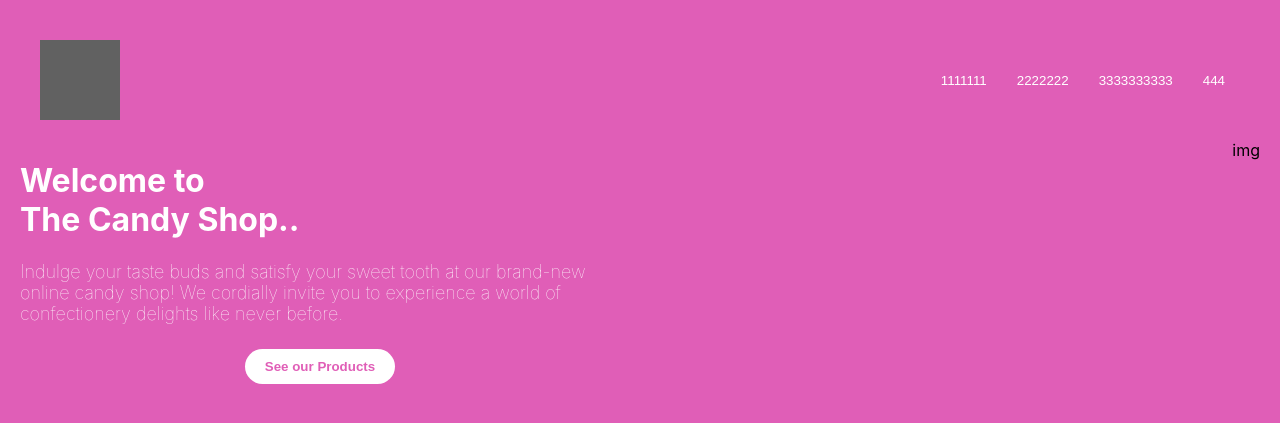
Repository: nika-otter/CandyShop
Page: /
These files come from the project's save history. The page is drawn as it stood at one moment and after the next save; the edit follows.
The browser window is 1280 px wide. The pictures show the whole page.
Pictures or frames that could not be fetched are drawn as grey boxes. An inner scrolling area shows only its first screen. The project was rebuilt for these pictures with package versions that can differ from the ones it lists, and the page was loaded fresh each time.

Above is the page before, as saved 2023-06-11 09:59:08.

After the next save:
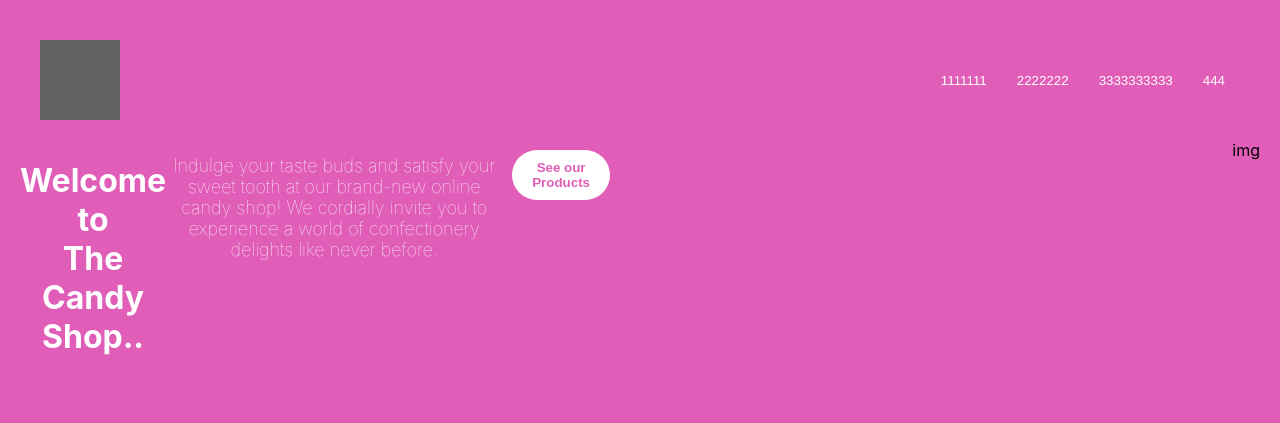
Saved 47 s later.
--- a/src/components/Cupcake.module.scss
+++ b/src/components/Cupcake.module.scss
@@ -4,7 +4,6 @@
   scroll-snap-align: center;
   max-width: 1400px;
   padding: 20px;
-  align-items: start;
 }
 .content {
   display: flex;
@@ -12,6 +11,8 @@
 }
 .info {
   width: 600px;
+  display: flex;
+  align-items: start;
   button {
     background-color: white;
     border: none;
@@ -29,13 +30,13 @@
 .cupcake__title {
   //   font-size: large;
   color: white;
-  text-align: start;
+  //   text-align: start;
 }
 .cupcake__subtitle {
   color: white;
   font-weight: 100;
   font-size: large;
-  text-align: start;
+  //   text-align: start;
 }
 .cupcake {
   //   width: 500vw;
